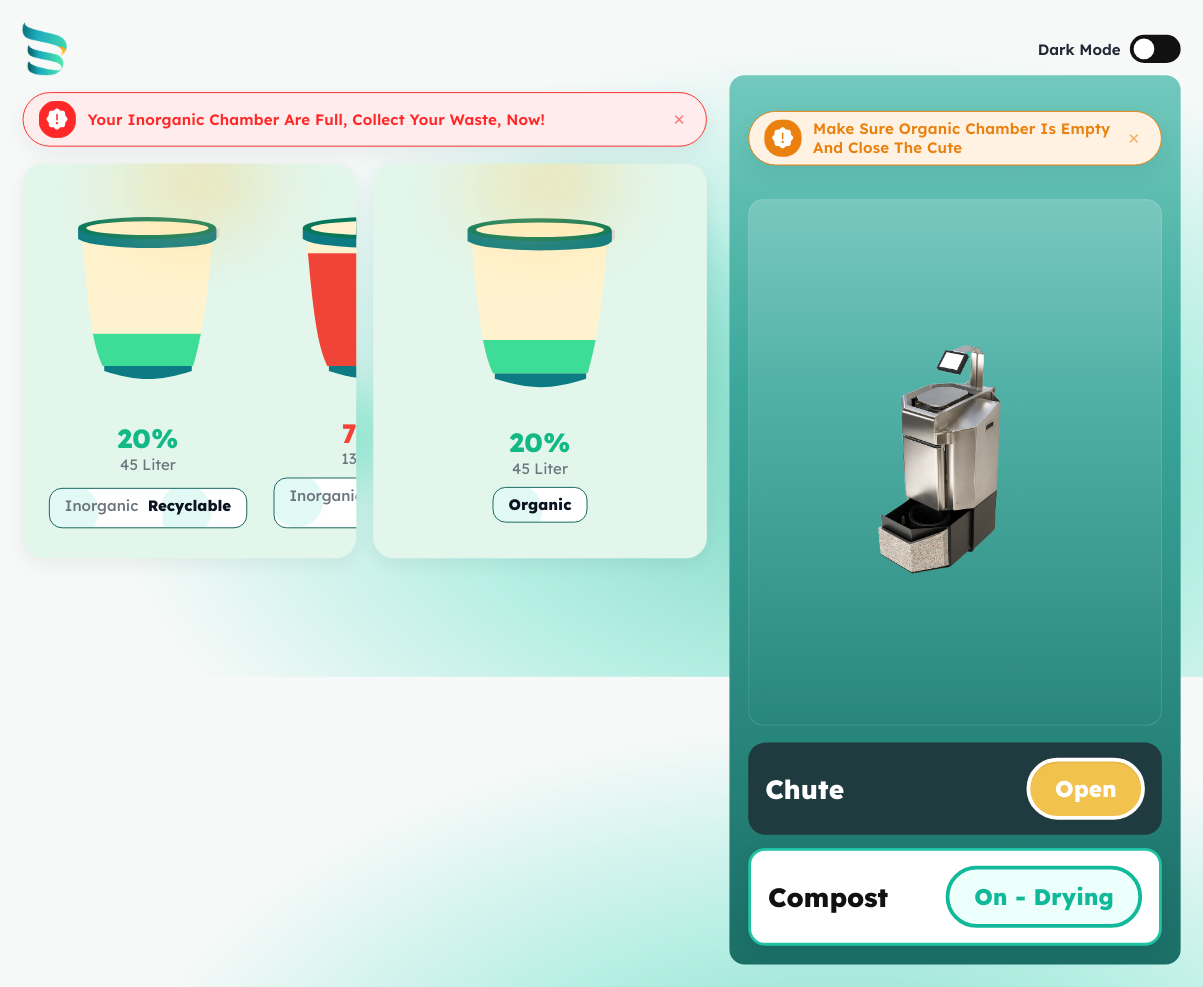
Repository: william-saputra/nusabin
Page: pages/homepage.html
An editor plug-in stored every save of this project. The page is shown before and after the next save, followed by the edit.
The browser window is 1280 px wide. The pictures show the whole page, at 94% of full size.
Backgrounds fixed to the window are drawn as part of the page.

Above is the page before, as saved 2025-08-12 23:34:59.

After the next save:
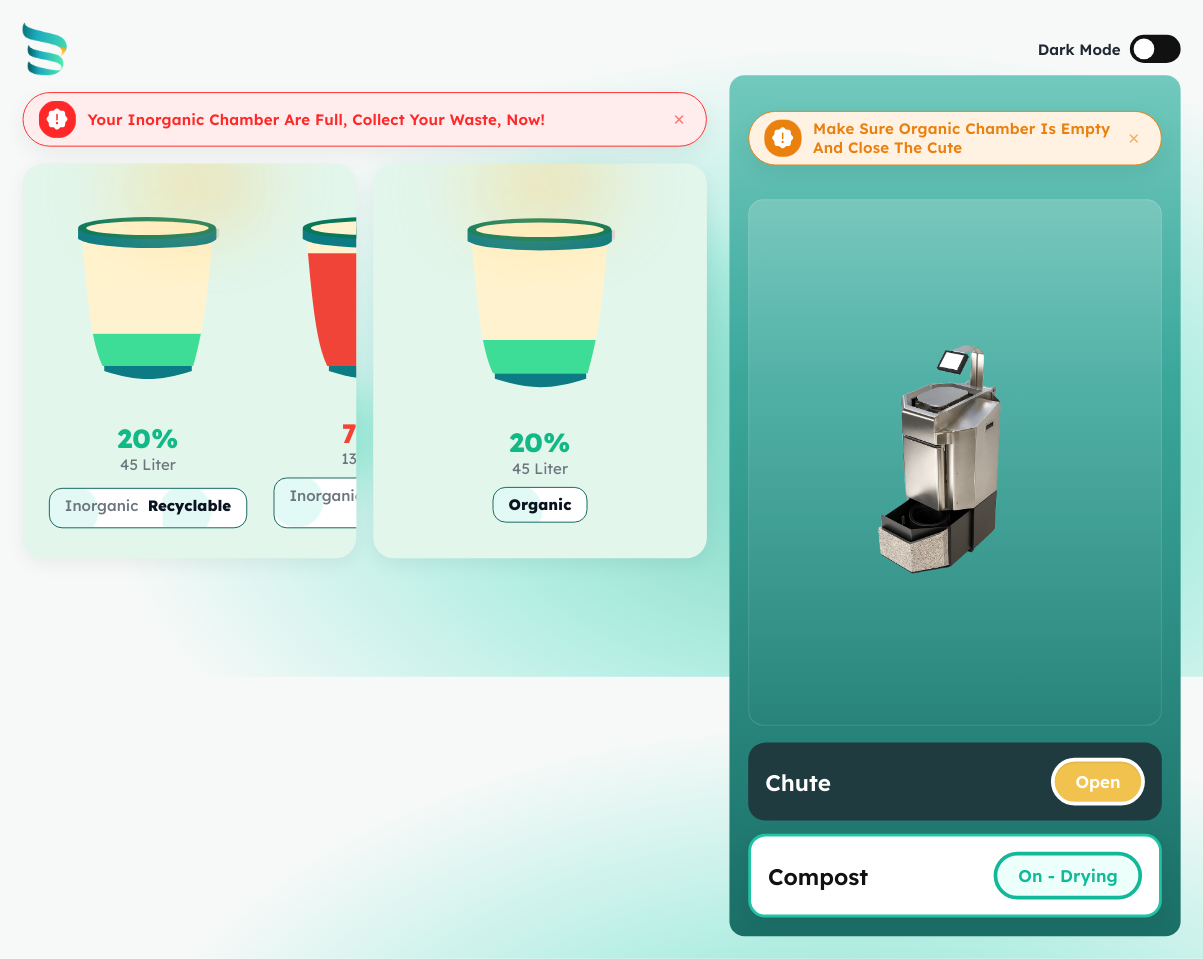
Saved 2 min 4 s later.
--- a/styles/base.css
+++ b/styles/base.css
@@ -84,10 +84,10 @@ input:checked + .slider:before { transform: translateX(24px); }
 
 .status-panel { background: transparent; border-radius: 16px; padding: 0; display: grid; gap: 16px; }
 .status-row { display: flex; align-items: center; justify-content: space-between; padding: 16px 18px; border-radius: 18px; }
-.status-row .label { font-weight: 800; font-size: 28px; }
+.status-row .label { font-weight: 600; font-size: 24px; }
 .status-row.variant-dark { background: #1f3b3f; color: #ffffff; }
 .status-row.variant-light { background: #ffffff; color: #111; border: 3px solid #22c3a4; box-shadow: 0 8px 24px rgba(0,0,0,.08); }
-.status-pill { border-radius: 999px; padding: 14px 26px; font-weight: 800; font-size: 24px; }
+.status-pill { border-radius: 999px; padding: 10px 22px; font-weight: 600; font-size: 18px; }
 .pill-open { background: #f1c24e; color: #ffffff; border: 4px solid #ffffff; box-shadow: 0 2px 0 rgba(0,0,0,.06) inset; }
 .pill-on { background: #ecfffb; color: #12b89a; border: 4px solid #12b89a; }
 
